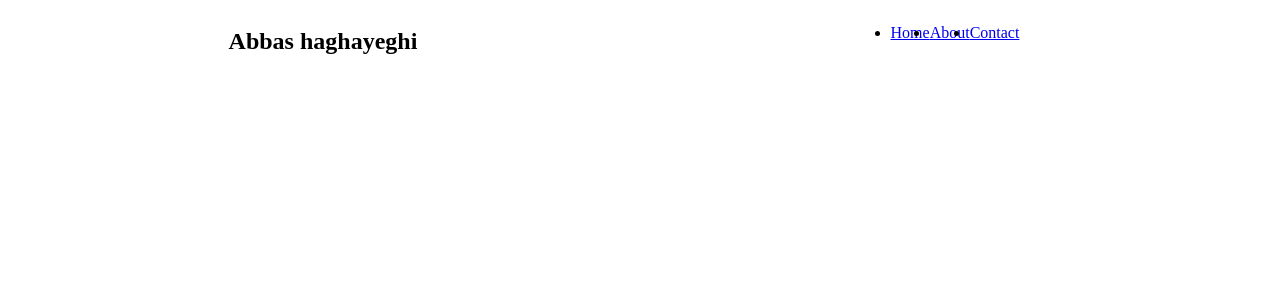
Repository: SMohammadH/react-typescript-tailwind
Page: /
These files come from the project's save history. The page is drawn as it stood at one moment and after the next save; the edit follows.
The browser window is 1280 px wide. The pictures show the whole page.
The project was rebuilt for these pictures with package versions that can differ from the ones it lists, and the page was loaded fresh each time. Also part of the build but not shown: craco.config.js, src/index.css.

Above is the page before, as saved 2021-02-05 09:18:51.

After the next save:
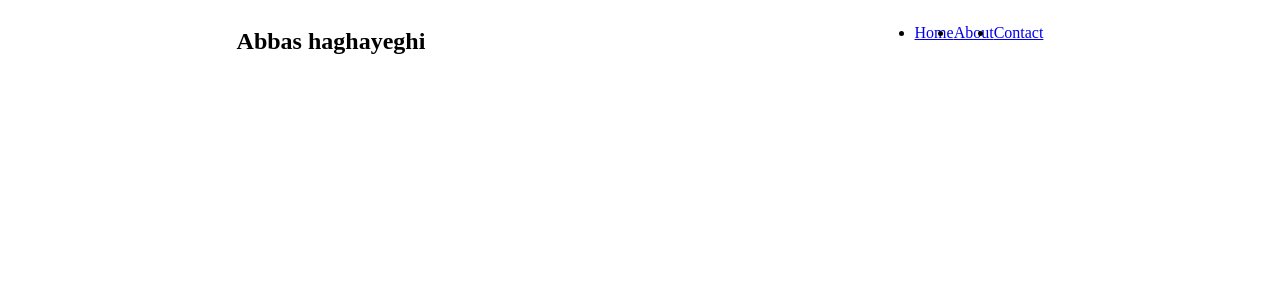
Saved 8 s later.
--- a/src/App.css
+++ b/src/App.css
@@ -9,5 +9,5 @@
 
 .abbas2 {
   display: flex;
-  padding: 0 2rem;
+  padding-left: 2rem;
 }
